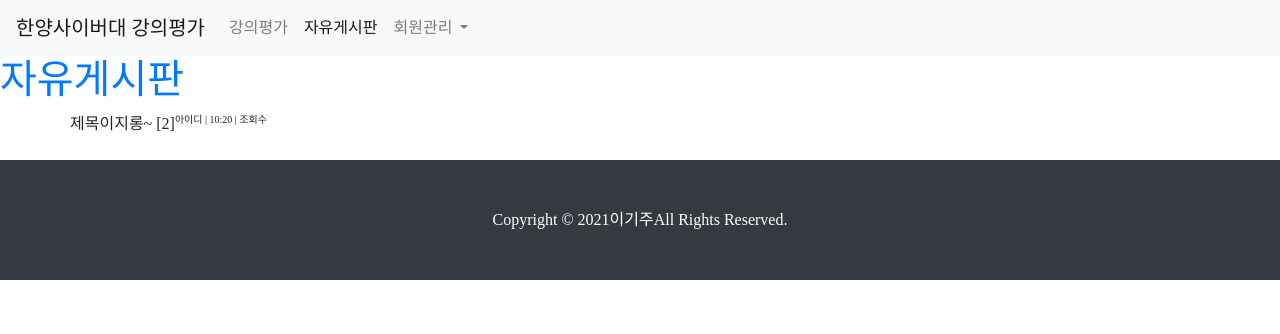
Repository: lkjjjang/hycu
Page: http://localhost/hycujjang/mobile.jsp
These files come from the project's save history. The page is drawn as it stood at one moment and after the next save; the edit follows.
The browser window is 1280 px wide. The pictures show the whole page.
Some web fonts or font styles are not loaded; a fallback is used. The page is served by Tomcat 9. Nobody is signed in. The application's start-up code is not run.

Above is the page before, as saved 2022-01-02 09:11:04.

After the next save:
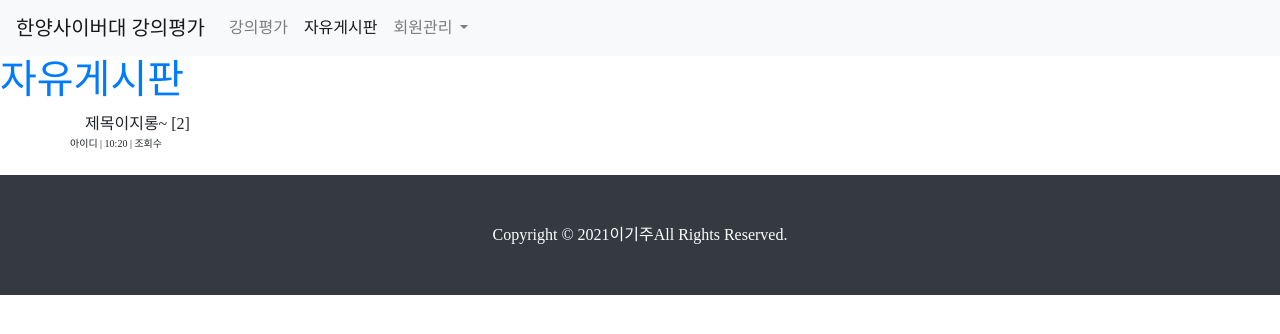
Saved 100 s later.
--- a/hycujjang/WebContent/mobile.jsp
+++ b/hycujjang/WebContent/mobile.jsp
@@ -55,14 +55,14 @@
 	</h1>
 	<div class="container">
 		<div class="row">
-			<div >
+			<div class="col-12">
 				제목이지롱~ [2]
 			</div>
 			<div style="font-size: 10px">
 				아이디 | 10:20 | 조회수
 			</div>
 		</div>
-
+	</div>
   		<!--
   		${userID == 'admin'} 세션에 있는 유저 아이디
   		넘어오는 목록${freeBBS}
@@ -80,7 +80,7 @@
 		<!-- 페이지번호 출력 -->
 		<!-- 파라미터로 들어오는 페이지 번호를 이용해 startNum값을 구함 -->
 
-	</div>
+
 
 	<footer class="bg-dark mt-4 p-5 text-center" style="color: #FFFFFF;">
 		Copyright &copy; 2021이기주All Rights Reserved.
